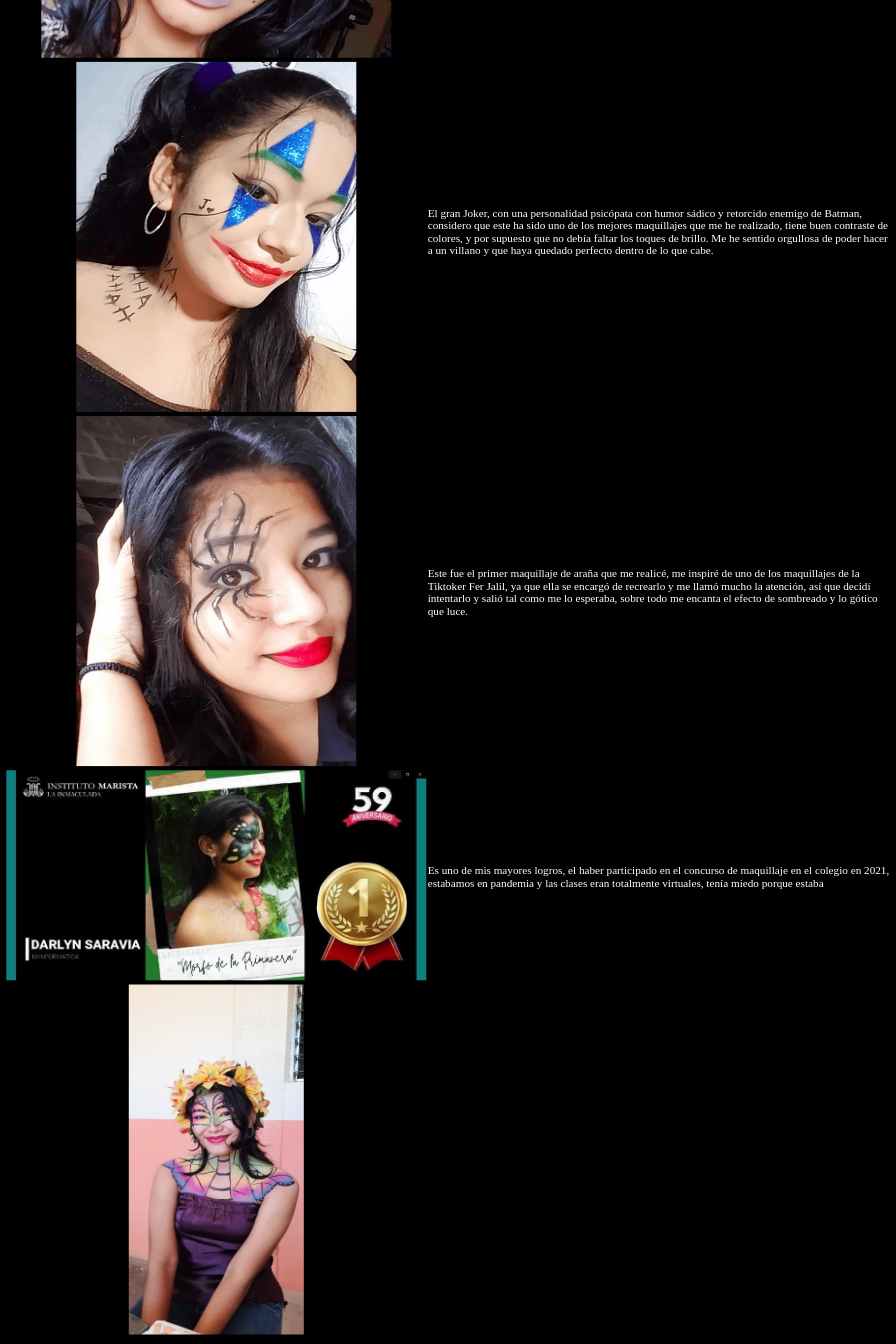
Repository: darlyn-saravia27/portafolio-darlynsaravia
Page: archivoshtml/maquillaje.html
These files come from the project's save history. The page is drawn as it stood at one moment and after the next save; the edit follows.
The browser window is 1280 px wide. The pictures show the part of the page from y = 3088 to 5008 px (the page is 5008 px tall), at 70% of full size.

Above is the page before, as saved 2023-03-07 02:19:49.

### archivoshtml/maquillaje.html
<!DOCTYPE html>
<html lang="es">
<head>
    <meta charset="UTF-8">
    <meta http-equiv="X-UA-Compatible" content="IE=edge">
    <meta name="viewport" content="width=device-width, initial-scale=1.0">
    <title>Maquillaje</title>
</head>
<body bgcolor="black">
    <table align="center" cellspacing="0" width="100%">
        <tr>
            <td align="center" colspan="2">
                <h1><font color="D10E9C">Mis maquillajes</font></h1>
            </td>
            <br>
            <br>
        </tr>
        <tr>
            <td colspan="2">
                <p><font color="white">Como mencionaba anteriormente, uno de mis principales pasatiempos favoritos es maquillarme,
                y es por ello que muestro algunos de los maquillajes artisticos que me he realizado, la
                mayoria de ellos los realicé en Octubre, ya que sentia que tenia mas disponibilidad en mi tiempo
                y pude enfocarme mucho en los detalles y paciencia que cada uno de ellos requiere.</font>
                </p>
                <br>
                <br>
            </td>
        </tr>
        <tr>
            <td align="center">
                <img src="fo1.png" width="300px" height="500px">
            </td>
            <td>
                <font color="white">Este maquillaje representa a una hada, me gusto por su sencillez, y la vivacidad de
                    los colores que este lleva, colores azules tanto oscuros como claros y toques violetas
                    con brillos, obviamente como se puede resaltar la corona de flores que llevo puesta
                    sobre mi cabeza.</font>
                <br>
                <br>
            </td>
        </tr>
        <tr>
            <td align="center">
                <img src="fo2.png" width="300px" height="500px">
            </td>
            <td><font color="white">Este maquillaje es literalmente la representación de una de mis mayores miedos,
                a las arañas, en el cual usé mi color favorito, negro, el cual es muy dificil de difuminar,
                ya que requiere de mucha practica y paciencia, cabe destacar que en esta fotografia es
                la segunda vez que lo hice, ya que le agregue una tela de araña en el otro ojo, y para darle
                un toque gótico los labios negros con brillos amarillos.</font>
                <br>
                <br>
            </td>
        </tr>
        <tr>
            <td align="center">
                <img src="fo3.png" width="340px" height="500px">
            </td>
            <td><font color="white">Este maquillaje es una recreación de la otra madre, de la película
                Coraline, que es la principal antagonista de la historia cuyo origen es desconocido, la
                cual vive en un mundo paralelo al de Coraline cruzando por una pequeña puerta en la sala
                de estar, al cual es llamado <i>"el otro mundo"</i>. En este maquillaje se usa la técnica
                de sombreado a modo de achicar mas la cara y hacerla ver huesuda como popularmente se le dice
                y para dar un toque de color, el uso de labios rojos y sobre los labios, el caracteristico lunar
                de ese ser malvado.</font>
                <br>
                <br>
            </td>
        </tr>
        <tr>
            <td align="center">
                <img src="fo4.png" width="500px" height="400px">
            </td>
            <td><font color="white">Recreación del maquillaje de Morticia Addams, entrando en contexto
                con este personaje, es el corazón, reina y alma de la Familia Addams, se describe como
                una vampiresa de piel pálida, cabello negro lacio, que usa vestidos negros góticos para
                combinar con su pelo. Volviendo al tema, quise recrear el maquillaje de una Tiktoker famosa,
                llamada Dorys Jocelyn Velásquez, la cual es una maquillista profesional y recrea maquillajes
                de todo tipo de ocasión, y por supuesto, los maquillajes artísticos, y me llamo mucho la atención
                el echo de como fucionó el personaje de Morticia con una catrina, tipos de maquillajes que los
                mexicanos usan el día de muertos. Recalco que me fascina trabajar con colores neutros, pero
                con el color negro en cualquier tipo de maquillaje es difícil de manejar, pero que con práctica,
                dedicación y paciencia, todo se hace mas fácil.</font>
                <br>
                <br>
            </td>
        </tr>
        <tr>
            <td align="center">
                <img src="fo5.png" width="300px" height="500px">
            </td>
            <td><font color="white">El maquillarte es como utilizar un lienzo blanco en el cual
                te dejas guiar por tu imaginación y gustos y comienzas a pintar, esta es una breve descripción
                de este maquillaje, ya que quise no lleva un patrón ni guía, simplemente es colorear de la
                manera en que gustes, usando cualquier variedad de tonos de colores, sombras, etc. </font>
                <br>
                <br>
            </td>

        </tr>
        <tr>
            <td align="center">
                <img src="fo6.png" width="500px" height="400px">
            </td>
            <td><font color="white">Quise agregar esta "tierna" fotografía sobre un maquillaje de un animal,
                una osa, representación de la fauna de los bosques, creo que ha sido uno de los mas sencillos
                y fáciles que he realizado.
                </font>
                <br>
                <br>
            </td>
        </tr>
        <tr>
            <td align="center">
                <img src="fo7.png" width="400px" height="500px">
            </td>
            <td><font color="white">El gran Joker, con una personalidad psicópata con humor sádico
                y retorcido enemigo de Batman, considero que este ha sido uno de los mejores maquillajes
                que me he realizado, tiene buen contraste de colores, y por supuesto que no debía faltar
                los toques de brillo. Me he sentido orgullosa de poder hacer a un villano y que haya quedado
                perfecto dentro de lo que cabe.</font>
                <br>
                <br>
            </td>

        </tr>
        <tr>
            <td align="center">
                <img src="fo8.png" width="400px" height="500px">
            </td>
            <td><font color="white">Este fue el primer maquillaje de araña que me realicé, me
                inspiré de uno de los maquillajes de la Tiktoker Fer Jalil, ya que ella se encargó de
                recrearlo y me llamó mucho la atención, así que decidí intentarlo y salió tal como me lo
                esperaba, sobre todo me encanta el efecto de sombreado y lo gótico que luce.
            </font></td>
            <br>
            <br>
        </tr>
        <tr>
            <td align="center">
                <img src="makedada.png" width="600px" height="300px">
            </td>
            <td><font color="white">Es uno de mis mayores logros, el haber participado en el concurso
                de maquillaje en el colegio en 2021, estabamos en pandemia y las clases eran totalmente
                virtuales, tenía miedo porque estaba
            </font></td>
            <br>
            <br>
        </tr>
        <tr>
            <td align="center">
                <img src="makedada2.png" width="250px" height="500px">
            </td>
            <td><font color="white"></font></td>
            <br>
            <br>
        </tr>
    </table>
</body>
</html>

After the next save:
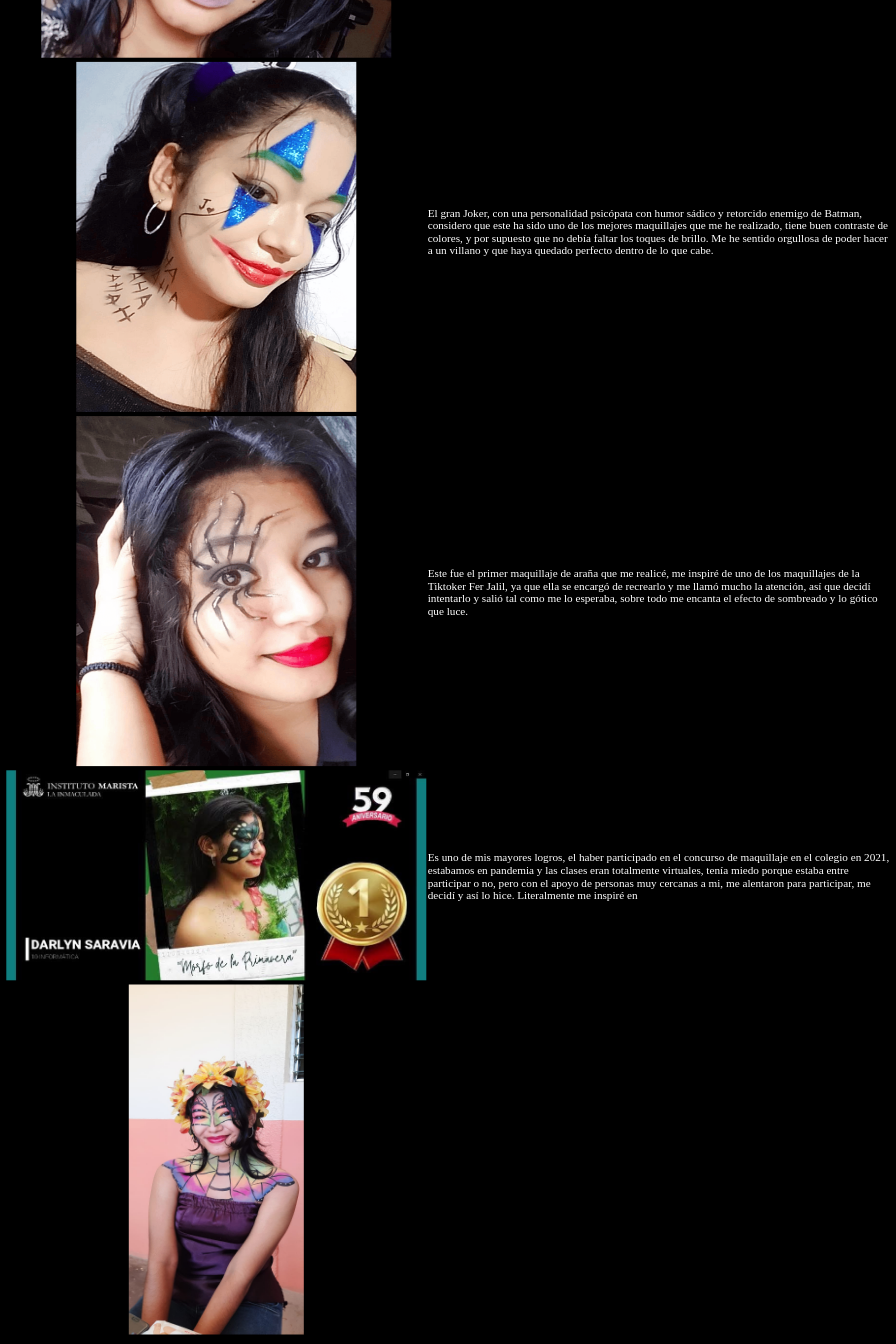
Saved 62 s later.
--- a/archivoshtml/maquillaje.html
+++ b/archivoshtml/maquillaje.html
@@ -142,7 +142,9 @@
             </td>
             <td><font color="white">Es uno de mis mayores logros, el haber participado en el concurso
                 de maquillaje en el colegio en 2021, estabamos en pandemia y las clases eran totalmente
-                virtuales, tenía miedo porque estaba
+                virtuales, tenía miedo porque estaba entre participar o no, pero con el apoyo de personas
+                muy cercanas a mi, me alentaron para participar, me decidí y así lo hice.
+                Literalmente me inspiré en
             </font></td>
             <br>
             <br>
